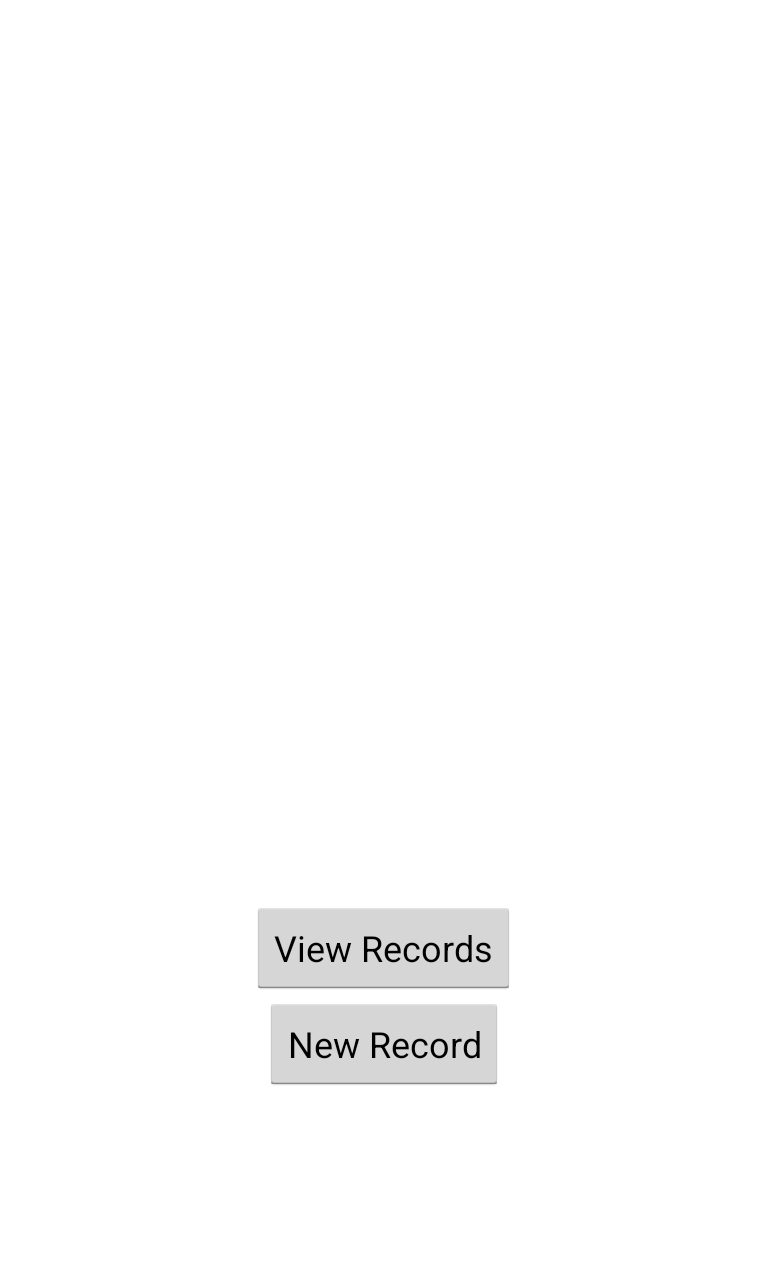
Repository: snehpatel3/Android-App
Layout: HospitalApp/res/layout/activity_patient.xml
An editor plug-in stored every save of this project. The layout is shown before and after the next save, followed by the edit.
It is drawn on a 768 x 1280 px phone screen (xhdpi) without system bars, with theme AppTheme; the app's code is not run.

Above is the layout before, as saved 2014-11-28 02:22:56.

After the next save:
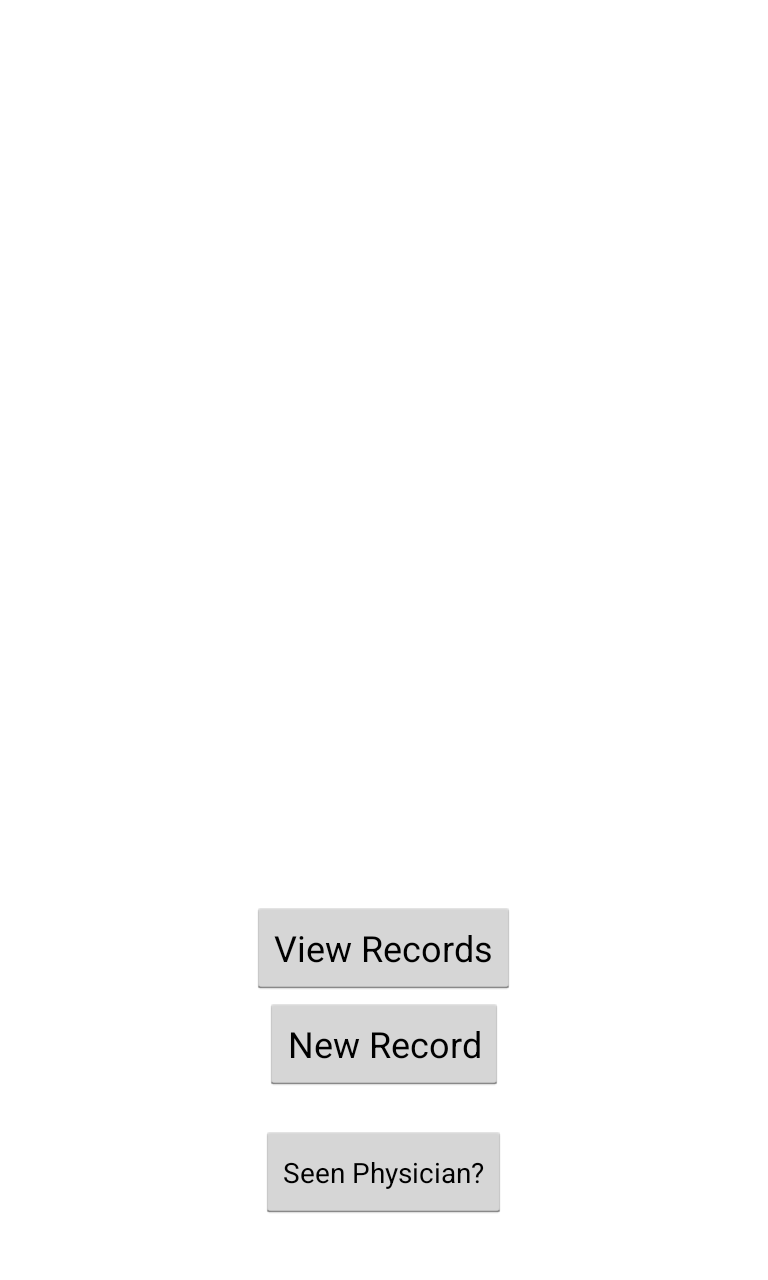
Saved 8 min 8 s later.
--- a/HospitalApp/res/layout/activity_patient.xml
+++ b/HospitalApp/res/layout/activity_patient.xml
@@ -58,4 +58,15 @@
         android:onClick="SeeRecs"
         android:text="@string/view_recs" />
 
+    <Button
+        android:id="@+id/seen_but"
+        style="?android:attr/buttonStyleSmall"
+        android:layout_width="wrap_content"
+        android:layout_height="wrap_content"
+        android:layout_alignParentBottom="true"
+        android:layout_centerHorizontal="true"
+        android:layout_marginBottom="14dp"
+        android:onClick="goToSeen"
+        android:text="@string/seen_but" />
+
 </RelativeLayout>
--- a/HospitalApp/res/values/strings.xml
+++ b/HospitalApp/res/values/strings.xml
@@ -41,6 +41,7 @@
     <string name="pname"></string>
     <string name="phc"></string>
     <string name="pdob"></string>
+    <string name="seen_but">Seen Physician?</string>
     <string name="view_recs">View Records</string>
     <string name="update_recs">New Record</string>
     <string name="title_activity_records">RecordsActivity</string>
